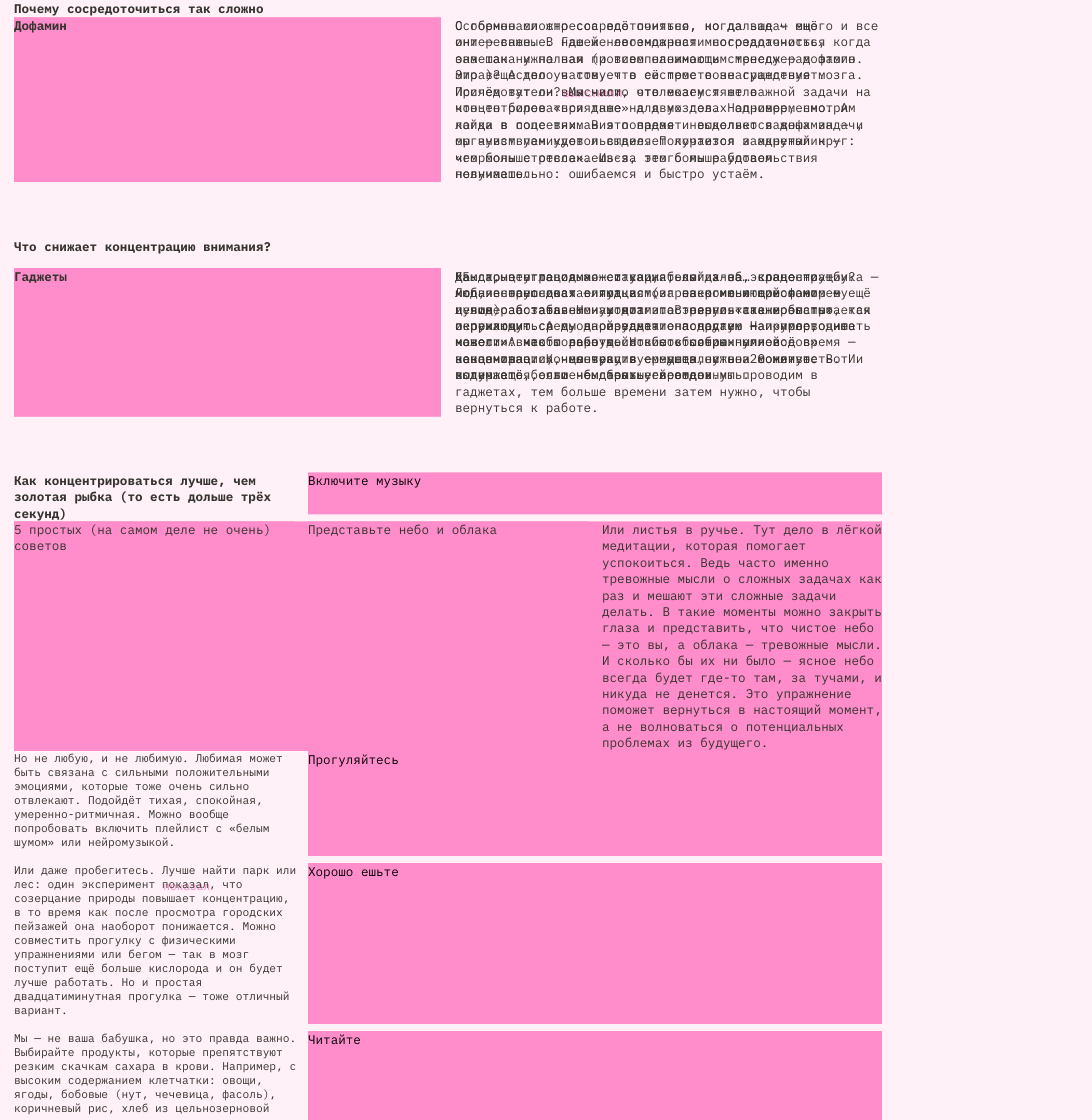
Repository: NikWolf75/slozhno-sosredotochitsya-fd
Page: index.html
These files come from the project's save history. The page is drawn as it stood at one moment and after a run of saves; the edit follows.
The browser window is 1280 px wide. The page is 1560 px wide, so the pictures cover 1560 px, including what lies to the right of the window. The pictures show the part of the page from y = 827 to 2427 px (the page is 7181 px tall before and 7191 px after), at 70% of full size.

Above is the page before, as saved 2025-02-27 23:29:04.

After the next 2 saves:
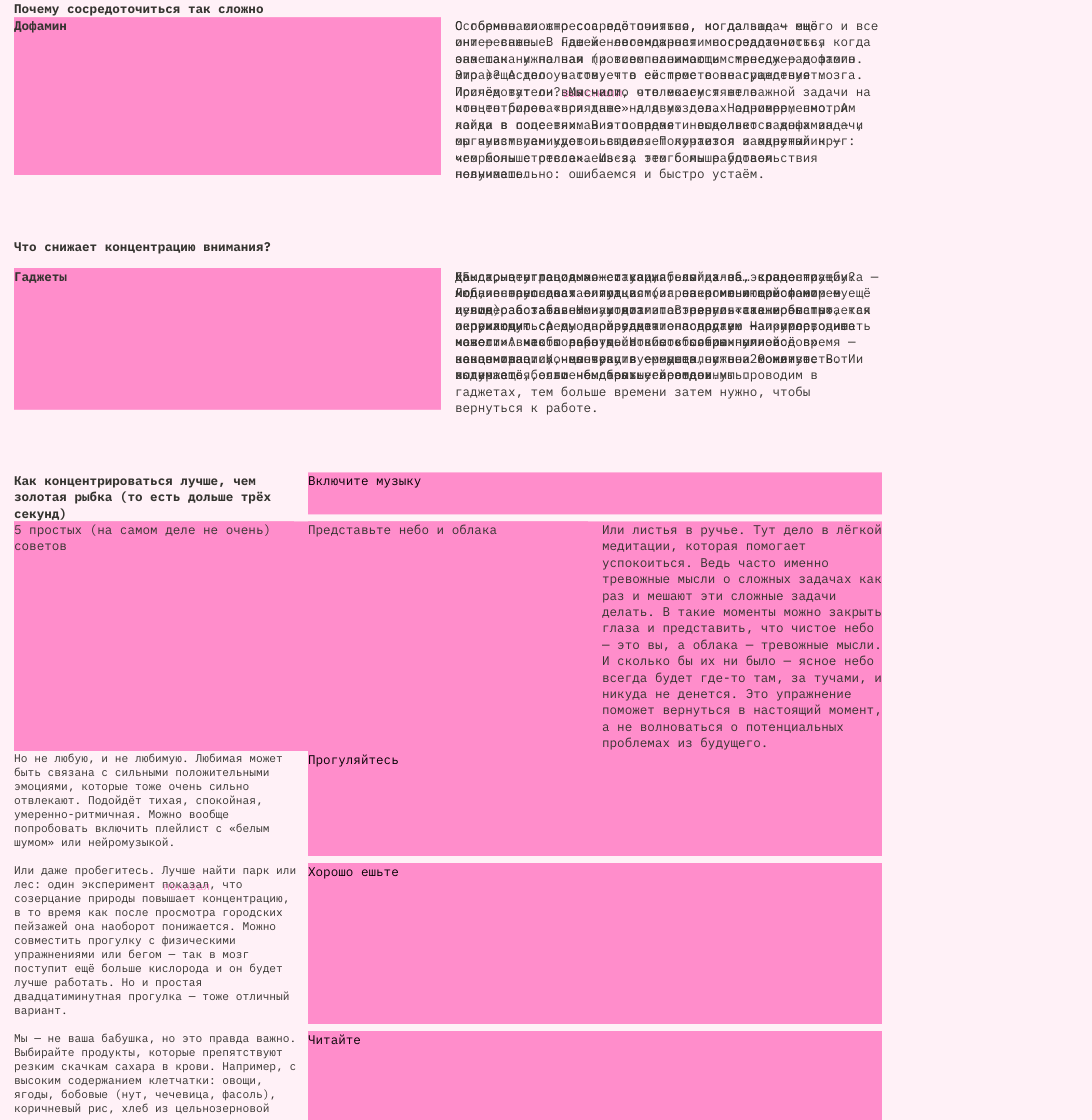
The 2 saves are shown as one change because they came seconds apart.
The last was saved 9 s later.
--- a/styles/style.css
+++ b/styles/style.css
@@ -364,7 +364,7 @@
   color: var(--answer-short-text-color);
   background-color: var(--accent-color);
   margin: 0;
-  margin-bottom: 0px;
+  margin-bottom: 10px;
   font-family: inherit;
   font-size: inherit;
   font-weight: inherit;
